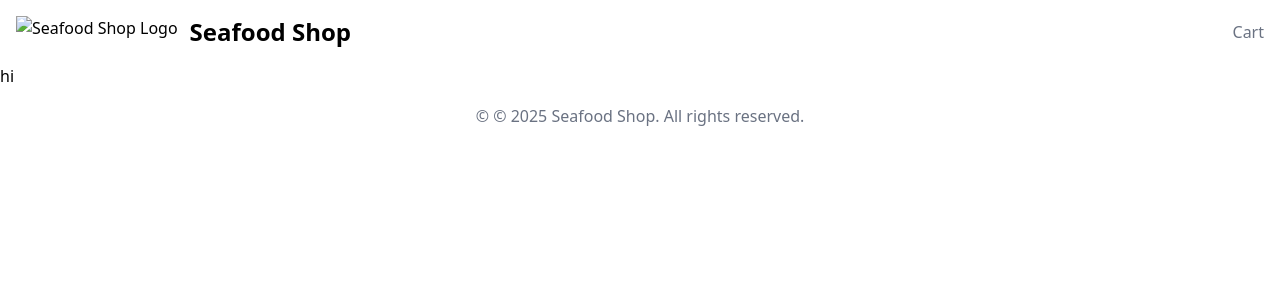
Repository: KongRucifer/SeaFood-Shop
Page: /
These files come from the project's save history. The page is drawn as it stood at one moment and after a run of saves; the edit follows.
The browser window is 1280 px wide. The pictures show the whole page.
The project was rebuilt for these pictures with package versions that can differ from the ones it lists, and the page was loaded fresh each time. The framework's server and built-in components were replaced by stand-ins that run in the browser. Also part of the build but not shown: next.config.ts.

Above is the page before, as saved 2025-06-24 20:49:56.

### src/app/layout.tsx
import type { Metadata } from "next";
import { Geist, Geist_Mono } from "next/font/google";
import "./globals.css";
import Navbar from "@/components/Navbar";
import Footer from "@/components/Footer";
 const geistSans = Geist({
  variable: "--font-geist-sans",
  subsets: ["latin"],
});

const geistMono = Geist_Mono({
  variable: "--font-geist-mono",
  subsets: ["latin"],
});

export const metadata: Metadata = {
  title: "ຮ້ານຂາຍອາຫານທະເລ - ໜ້າທຳອິດ | Seafood Shop",
  description:
    "ຮ້ານຂາຍອາຫານທະເລອອນໄລ ໜ້າທຳອິດ ລວມອາຫານທະເລຫຼາກຫຼາຍ ເຊັ່ນ ປາ, ປູ, ກຸ້ງ ແລະ ອາຫານທະເລອື່ນໆ ສາມາດສັ່ງເຊົ້າ ແລະ ສັ່ງເຂົ້າໃນເວັບໄຊ ສາມາດເຮັດ ການໂອນເງິນ",
  keywords:
    "ອາຫານທະເລ ອອນໄລ, ຮ້ານຂາຍອາຫານທະເລ, ສັ່ງອາຫານທະເລ, ອາຫານທະເລສົ່ງໄວ",
  authors: [{ name: "kong mong thao" }],
  publisher: "Super Shop SeaFood",
  robots: {
    index: true,
    follow: true,
  },
  openGraph: {
    title: "ຮ້ານຂາຍອາຫານທະເລ - ໜ້າທຳອິດ | Seafood Shop",
    description:
      "ສັ່ງຊື້ອາຫານທະເລ ລາຄາຖືກ ສົ່ງໄວ ທັນໃຈ ມີບໍລິການໂອນເງີນ ປາຍທາງ",
    url: "http://localhost:3000/images/fish.jpeg",
    siteName: "Seafood Shop",
    locale: "th_TH",
    type: "website",
    images: [
      {
        url: "http://localhost:3000/images/myshopSeafood.jpeg",
        width: 1200,
        height: 630,
        alt: "Food Shop Image",
      },
    ],
  },
  twitter: {
    card: "summary_large_image",
    title: "ຮ້ານຂາຍອາຫານທະເລ - ໜ້າທຳອິດ | Seafood Shop",
    description:
      "ສັ່ງຊື້ອາຫານທະເລ ລາຄາຖືກ ສົ່ງໄວ ທັນໃຈ ມີບໍລິການໂອນເງີນ ປາຍທາງ",
    images: ["http://localhost:3000/images/seafood2.jpeg"],
  },
  alternates: {
    canonical: "https://yourdomain.com/",
  },
  viewport: 'width=device-width, initial-scale=1',
}

export default function RootLayout({
  children,
}: Readonly<{
  children: React.ReactNode;
}>) {
  return (
    <html lang="en">
      <body
        className={`${geistSans.variable} ${geistMono.variable} antialiased`}
      >
        <Navbar />

        {children}

        <Footer />
      </body>
    </html>
  );
}

### src/app/page.tsx
// ✅ app/page.tsx
import React from 'react'
// import Home from './views/Home'

export default async function FoodPage() {

  return (
    <div>
       {/* <Home/> */}
       hi
    </div>
  )
}
// export default async function Home() {
//   const res = await fetch('https://jsonplaceholder.typicode.com/posts?_limit=5')
//   const posts = await res.json()

//   return (
//     <div>
//       <h1>Posts</h1>
//       <ul>
//         {posts.map((post: any) => (
//           <li key={post.id}>{post.title}</li>
//         ))}
//       </ul>
//     </div>
//   )
// }

### src/app/globals.css
 @import "tailwindcss";
/*
:root {
  --background: #ffffff;
  --foreground: #171717;
}

@theme inline {
  --color-background: var(--background);
  --color-foreground: var(--foreground);
  --font-sans: var(--font-geist-sans);
  --font-mono: var(--font-geist-mono);
}

@media (prefers-color-scheme: dark) {
  :root {
    --background: #0a0a0a;
    --foreground: #ededed;
  }
}

body {
  background: var(--background);
  color: var(--foreground);
  font-family: Arial, Helvetica, sans-serif;
} */

### src/components/Navbar.tsx

export default function Navbar() {
  return (
    <nav className="bg-white border-gray-200 dark:bg-gray-900">
      <div className="max-w-screen-xl flex flex-wrap items-center justify-between mx-auto p-4">
        <a href="/" className="flex items-center">
          <img
            src="/"
            className="h-8 mr-3"
            alt="Seafood Shop Logo"
          />
          <span className="self-center text-2xl font-semibold whitespace-nowrap dark:text-white">
            Seafood Shop
          </span>
        </a>
        <div className="flex md:order-2">
          <button
            type="button"
            className="text-gray-500 hover:text-gray-700 focus:outline-none focus:ring-2 focus:ring-gray-200 dark:text-gray-400 dark:hover:text-white dark:focus:ring-gray-700"
          >
            Cart
          </button>
        </div>
      </div>
    </nav>
  );
}

### src/components/Footer.tsx
export default function Footer() {
  return (
    <footer className="bg-white dark:bg-gray-900">
      <div className="max-w-screen-xl mx-auto p-4">
        <div className="text-center text-gray-500 dark:text-gray-400">
          © © {new Date().getFullYear()} Seafood Shop. All rights reserved.
        </div>
      </div>
    </footer>
  ); }

After the next 2 saves:
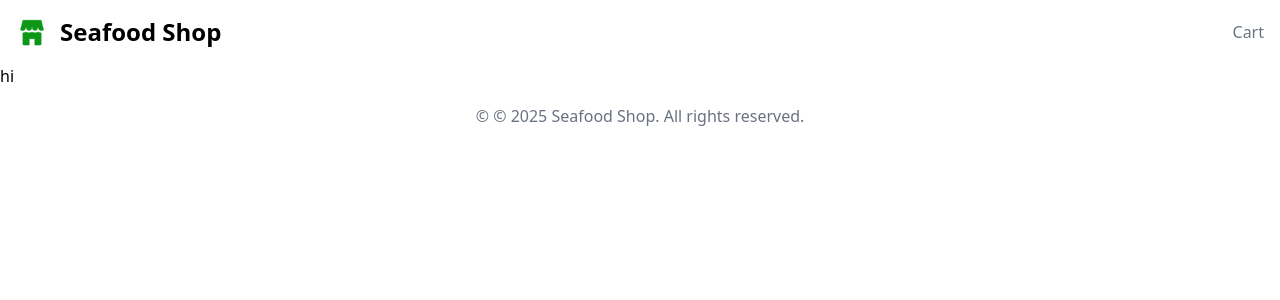
The 2 saves are shown as one change because they came seconds apart.
The last was saved 23 s later.
--- a/src/components/Navbar.tsx
+++ b/src/components/Navbar.tsx
@@ -5,7 +5,7 @@ export default function Navbar() {
       <div className="max-w-screen-xl flex flex-wrap items-center justify-between mx-auto p-4">
         <a href="/" className="flex items-center">
           <img
-            src="/"
+            src="/images/lets-icons_shop.png"
             className="h-8 mr-3"
             alt="Seafood Shop Logo"
           />
